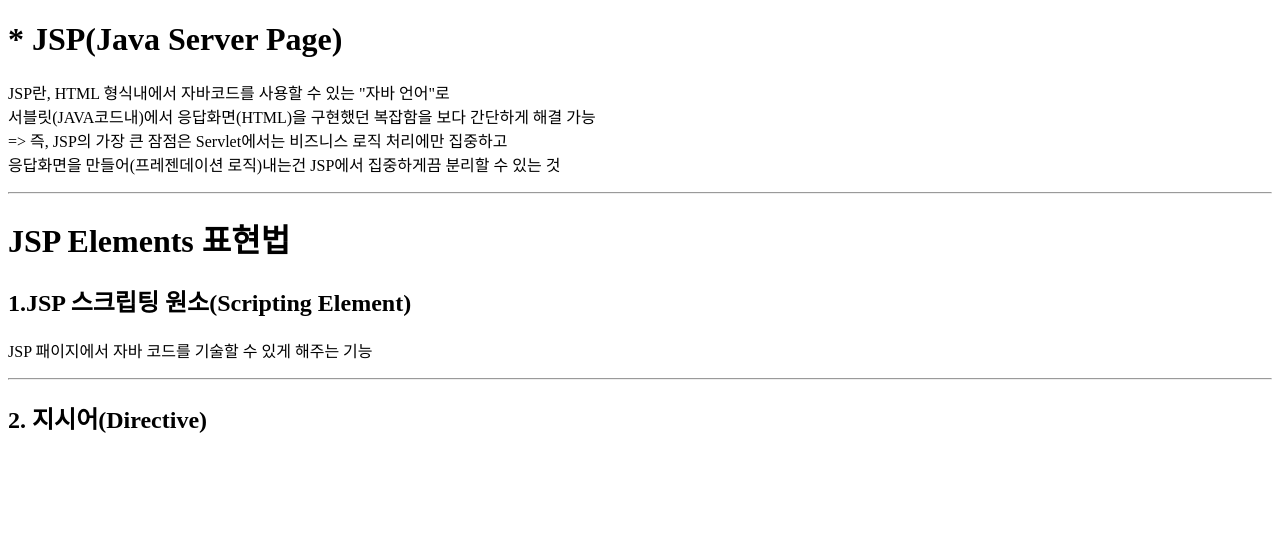
Repository: BrianH29/BH_webserver_workspace1
Page: webserver_workspace1/2_JSP/WebContent/index.html
These files come from the project's save history. The page is drawn as it stood at one moment and after the next save; the edit follows.
The browser window is 1280 px wide. The pictures show the whole page.

Above is the page before, as saved 2020-08-31 01:11:14.

### webserver_workspace1/2_JSP/WebContent/index.html
<!DOCTYPE html>
<html>
<head>
<meta charset="UTF-8">
<title>Insert title here</title>
</head>
<body>

	<h1>* JSP(Java Server Page)</h1>

	<p>
		JSP란, HTML 형식내에서 자바코드를 사용할 수 있는 "자바 언어"로<br>
		서블릿(JAVA코드내)에서 응답화면(HTML)을 구현했던 복잡함을 보다 간단하게 해결 가능 <br>
		=> 즉, JSP의 가장 큰 잠점은 Servlet에서는 비즈니스 로직 처리에만 집중하고 <br>
			응답화면을 만들어(프레젠데이션 로직)내는건 JSP에서 집중하게끔 분리할 수 있는 것
	</p>

	<hr>

	<h1>JSP Elements 표현법</h1>

	<h2>1.JSP 스크립팅 원소(Scripting Element)</h2>
	<p>JSP 패이지에서 자바 코드를 기술할 수 있게 해주는 기능</p>






	<hr>

	<h2> 2. 지시어(Directive)</h2>



</body>
</html>

After the next save:
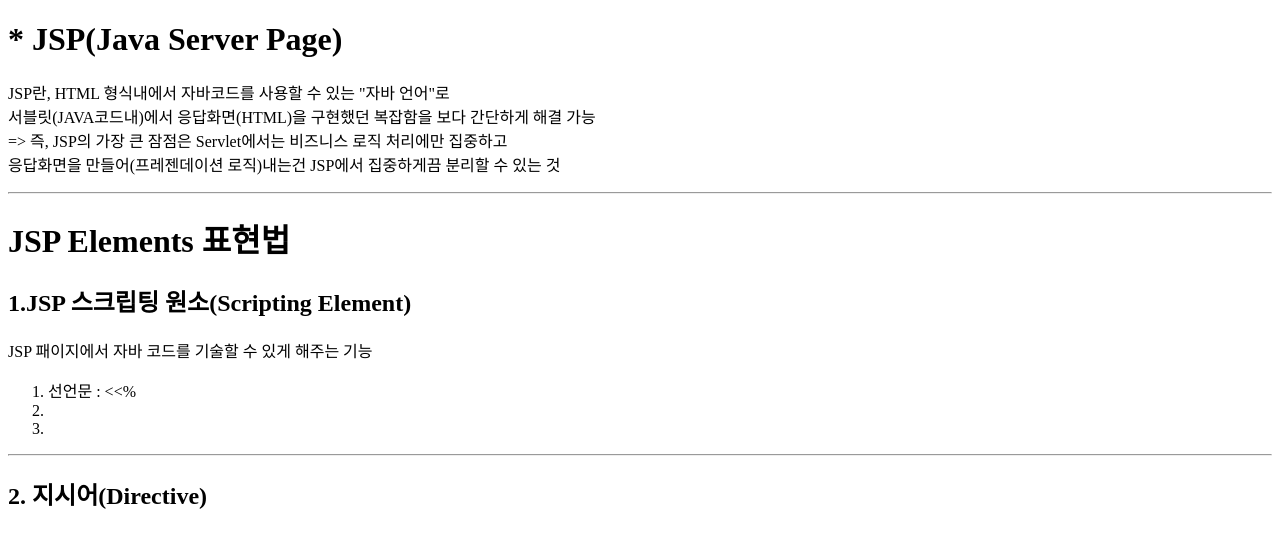
Saved 116 s later.
--- a/webserver_workspace1/2_JSP/WebContent/index.html
+++ b/webserver_workspace1/2_JSP/WebContent/index.html
@@ -22,7 +22,17 @@
 	<h2>1.JSP 스크립팅 원소(Scripting Element)</h2>
 	<p>JSP 패이지에서 자바 코드를 기술할 수 있게 해주는 기능</p>
 
+	<ol>
+		<li>
+			선언문 : &lt;<%
+		</li>
+		<li>
 
+		</li>
+		<li>
+
+		</li>
+	</ol>
 
 
 
